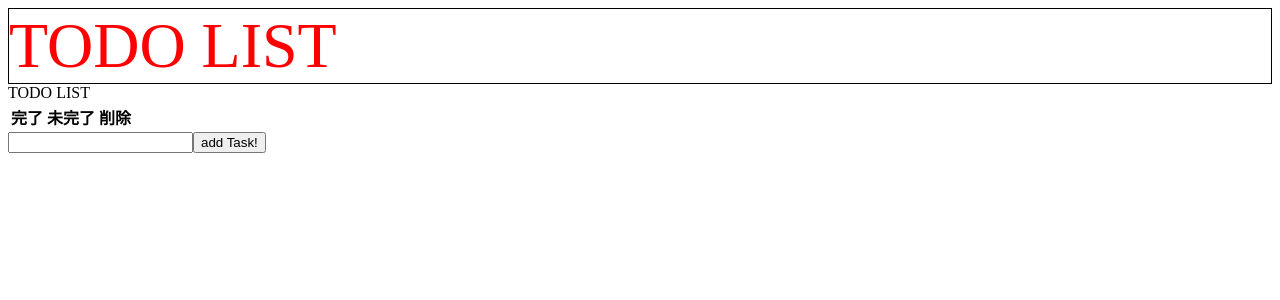
Repository: WistreHosshii/hacathon_todolList
Page: /
These files come from the project's save history. The page is drawn as it stood at one moment and after the next save; the edit follows.
The browser window is 1280 px wide. The pictures show the whole page.
The page's requests for data from a server got no answer. The project was rebuilt for these pictures with package versions that can differ from the ones it lists, and the page was loaded fresh each time. No one was signed in, and anything a server would have sent is missing.

Above is the page before, as saved 2019-06-10 23:18:42.

### index.html
<!DOCTYPE html>
<html lang="ja">

<head>
    <meta charset="UTF-8">
    <meta name="viewport" content="width=device-width, initial-scale=1.0">
    <meta http-equiv="X-UA-Compatible" content="ie=edge">
    <title>Document</title>
    <!-- <link rel="stylesheet" href="./index.css"> -->
</head>

<body>
    <div id="root"></div>
    <script src="./index.tsx"></script>
</body>

</html>

### App.tsx
import React, { Component } from 'react';
import { get, post, deleteTask } from './axios';
import styled from 'styled-components';

const CustomizedText = styled.div`
  font-size: 4rem;
  color: red;
  border: 1px solid black;
`;

interface Props {}
interface State {
  todos: Todo[];
  value: string;
}

export default class App extends Component<Props, State> {
  constructor(props: any) {
    super(props);
    this.state = {
      todos: [],
      value: '',
    };
    this.handleChange = this.handleChange.bind(this);
  }

  componentDidMount() {
    get().then(response => {
      const todos: Todo[] = response.data.todos;
      console.log(response.data);
      this.setState({ todos });
    });
  }
  addTaskHandler() {
    if (this.state.value !== '') {
      post(this.state.value).then(response => {
        const todo: Todo = response.data;
        this.setState(state => ({ todos: [...state.todos, todo] }));
        this.setState({ value: '' });
      });
    }
    window.setTimeout(() => {
      console.log(this.state);
    }, 1000);
  }
  deleteTaskHandler(id: string) {
    deleteTask(id).then(response => {
      const todos = this.state.todos.filter(v => v.id !== id);
      this.setState({ todos });
    });
  }
  handleChange(event: any) {
    this.setState({ value: event.target.value });
  }

  render() {
    return (
      <div>
        <div className="todoList">
          <CustomizedText>TODO LIST</CustomizedText>
          <div className="title">TODO LIST</div>
          <div className="contents">
            <table>
              <tbody>
                <tr>
                  <th>完了</th>
                  <th>未完了</th>
                  <th>削除</th>
                </tr>

                {this.state.todos.map((todo, i) => {
                  return (
                    <tr key={i}>
                      <td>{todo.content}</td>
                      <td />
                      <td>
                        <button
                          onClick={() => {
                            this.deleteTaskHandler(todo.id);
                          }}
                        >
                          削除!
                        </button>
                      </td>
                    </tr>
                  );
                })}
              </tbody>
            </table>
          </div>
          <div className="computeTaskWrapper">
            <input type="text" value={this.state.value} onChange={this.handleChange} />
            <button
              className="btn"
              onClick={() => {
                this.addTaskHandler();
              }}
            >
              add Task!
            </button>
          </div>
        </div>
      </div>
    );
  }
}

### axios.tsx
import axios from 'axios';
import App from './App';

const url = 'http://hackathon-test-server.jichoup.trap.show/';
export const get = () => {
  return axios.get(url);
};
export const post = (value: string) => {
  const content: TodoList.Post.Request = { content: value };
  return axios.post(url, content);
};
export const deleteTask = (_id: string) => {
  const id: TodoList.Delete.Request = { id: _id };
  return axios.delete(url, { data: id });
};

Loaded but not shown: index.tsx (common file)

After the next save:
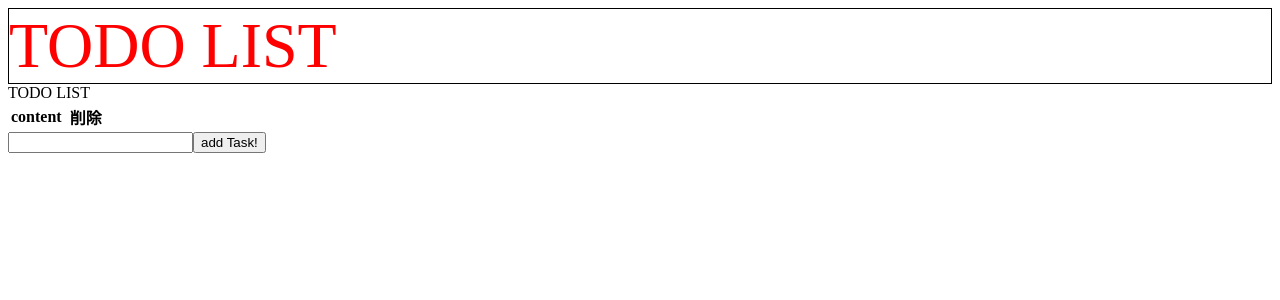
Saved 53 s later.
--- a/App.tsx
+++ b/App.tsx
@@ -63,8 +63,8 @@ export default class App extends Component<Props, State> {
             <table>
               <tbody>
                 <tr>
-                  <th>完了</th>
-                  <th>未完了</th>
+                  <th>content</th>
+                  <th />
                   <th>削除</th>
                 </tr>
 
